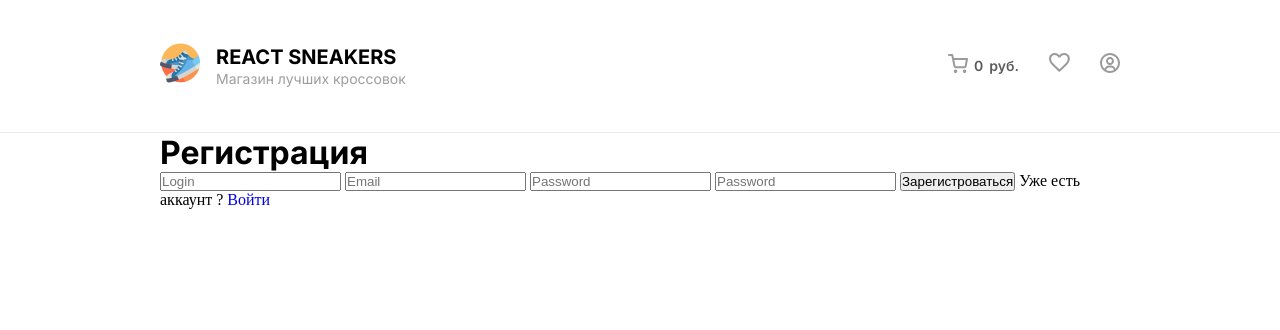
Repository: maxbirimkulov/sneakers20
Page: src/pages/register.html
The author's editor kept a copy of each file at every save. The page is drawn from the files as they stood at one save, then again after the next save.
The browser window is 1280 px wide. The pictures show the whole page.
The style sheet was rebuilt from its Sass, Less or Tailwind sources for each picture, by a compiler version that may differ from the author's.

Above is the page before, as saved 2022-11-12 20:45:43.

### src/pages/register.html
<!DOCTYPE html>
<html lang="en">
  <head>
    <meta charset="UTF-8" />
    <meta
      name="viewport"
      content="width=device-width, user-scalable=no, initial-scale=1.0, maximum-scale=1.0, minimum-scale=1.0"
    />
    <meta http-equiv="X-UA-Compatible" content="ie=edge" />
    <title>Document</title>
    <link rel="stylesheet" href="../css/style.css" />
  </head>
  <body>
    <div class="floor">
      <header class="header">
        <div class="container">
          <nav class="header__nav">
            <div class="header__logo">
              <img
                src="../images/mainLogo.png"
                alt="Logo"
                class="header__logo-img"
              />
              <div class="header__logo-text">
                <h1 class="header__logo-title">
                  <a href="../../index.html" class="header__logo-title-link"
                    >react sneakers</a
                  >
                </h1>
                <p class="header__logo-subtitle">
                  <a href="../../index.html" class="header__logo-subtitle"
                    >Магазин лучших кроссовок</a
                  >
                </p>
              </div>
            </div>
            <div class="header__links">
              <p class="header__links-basket">
                <span class="header__links-basket-logo"
                  ><svg
                    width="20"
                    height="20"
                    viewBox="0 0 20 20"
                    fill="none"
                    xmlns="http://www.w3.org/2000/svg"
                  >
                    <path
                      d="M7.54548 18.1818C7.99735 18.1818 8.36366 17.8155 8.36366 17.3636C8.36366 16.9118 7.99735 16.5455 7.54548 16.5455C7.09361 16.5455 6.72729 16.9118 6.72729 17.3636C6.72729 17.8155 7.09361 18.1818 7.54548 18.1818Z"
                      stroke="#9B9B9B"
                      stroke-width="2"
                      stroke-linecap="round"
                      stroke-linejoin="round"
                    />
                    <path
                      d="M16.5455 18.1818C16.9973 18.1818 17.3637 17.8155 17.3637 17.3636C17.3637 16.9118 16.9973 16.5455 16.5455 16.5455C16.0936 16.5455 15.7273 16.9118 15.7273 17.3636C15.7273 17.8155 16.0936 18.1818 16.5455 18.1818Z"
                      stroke="#9B9B9B"
                      stroke-width="2"
                      stroke-linecap="round"
                      stroke-linejoin="round"
                    />
                    <path
                      d="M1 1H4.27273L6.46545 11.9555C6.54027 12.3321 6.7452 12.6705 7.04436 12.9113C7.34351 13.1522 7.71784 13.2801 8.10182 13.2727H16.0545C16.4385 13.2801 16.8129 13.1522 17.112 12.9113C17.4112 12.6705 17.6161 12.3321 17.6909 11.9555L19 5.09091H5.09091"
                      stroke="#9B9B9B"
                      stroke-width="2"
                      stroke-linecap="round"
                      stroke-linejoin="round"
                    />
                  </svg>
                </span>
                <span class="total">0</span> руб.
              </p>
              <a href="./favorites.html" class="header__links-favorites"
                ><span class="header__links-favorites-logo"
                  ><svg
                    width="21"
                    height="19"
                    viewBox="0 0 21 19"
                    fill="none"
                    xmlns="http://www.w3.org/2000/svg"
                  >
                    <path
                      d="M15.1003 0C16.7293 0 18.0976 0.54932 19.2052 1.64796C20.3129 2.7466 20.8668 4.08759 20.8668 5.67092C20.8668 6.44643 20.7039 7.23002 20.3781 8.02169C20.0523 8.81335 19.6939 9.51616 19.303 10.1301C18.912 10.744 18.2523 11.5357 17.3238 12.5051C16.3953 13.4745 15.6134 14.2581 14.9781 14.8559C14.3428 15.4537 13.3248 16.3665 11.9239 17.5944L10.4089 18.9515L8.89403 17.6429C7.52572 16.3827 6.51577 15.4537 5.8642 14.8559C5.21262 14.2581 4.42258 13.4745 3.49408 12.5051C2.56559 11.5357 1.90586 10.744 1.51492 10.1301C1.12397 9.51616 0.773748 8.81335 0.464249 8.02169C0.15475 7.23002 0 6.44643 0 5.67092C0 4.08759 0.553841 2.7466 1.66152 1.64796C2.7692 0.54932 4.12123 0 5.71759 0C7.60717 0 9.17095 0.727041 10.4089 2.18112C11.6469 0.727041 13.2107 0 15.1003 0ZM10.5067 16.0918C12.1031 14.6701 13.2677 13.6118 14.0008 12.9171C14.7338 12.2224 15.5401 11.3903 16.4198 10.4209C17.2994 9.45153 17.9102 8.60332 18.2523 7.87628C18.5944 7.14924 18.7654 6.41412 18.7654 5.67092C18.7654 4.63691 18.4152 3.78061 17.7148 3.10204C17.0143 2.42347 16.1428 2.08418 15.1003 2.08418C14.3184 2.08418 13.5772 2.31037 12.8768 2.76276C12.1764 3.21514 11.6795 3.79677 11.3863 4.50765H9.43158C9.17095 3.79677 8.69041 3.21514 7.98997 2.76276C7.28952 2.31037 6.53206 2.08418 5.71759 2.08418C4.67507 2.08418 3.81173 2.42347 3.12757 3.10204C2.44342 3.78061 2.10134 4.63691 2.10134 5.67092C2.10134 6.41412 2.26423 7.14924 2.59002 7.87628C2.91581 8.60332 3.52666 9.45153 4.42258 10.4209C5.3185 11.3903 6.13297 12.2224 6.866 12.9171C7.59902 13.6118 8.74743 14.6701 10.3112 16.0918L10.4089 16.1888L10.5067 16.0918Z"
                      fill="#9B9B9B"
                    />
                  </svg> </span
              ></a>
              <a href="./register.html" class="header__links-user"
                ><span class="header__links-user-logo"
                  ><svg
                    width="20"
                    height="20"
                    viewBox="0 0 20 20"
                    fill="none"
                    xmlns="http://www.w3.org/2000/svg"
                  >
                    <path
                      fill-rule="evenodd"
                      clip-rule="evenodd"
                      d="M0 10C0 4.579 4.579 0 10 0C15.421 0 20 4.579 20 10C20 13.19 18.408 16.078 16 17.924V18H15.898C14.23 19.245 12.187 20 10 20C7.813 20 5.77 19.245 4.102 18H4V17.924C1.592 16.078 0 13.189 0 10ZM7.12347 15.236C6.59154 15.6639 6.22136 16.2604 6.074 16.927C7.242 17.604 8.584 18 10 18C11.416 18 12.758 17.604 13.926 16.927C13.7785 16.2605 13.4082 15.6641 12.8764 15.2362C12.3445 14.8083 11.6827 14.5744 11 14.573H9C8.3173 14.5742 7.6554 14.808 7.12347 15.236ZM13.7677 13.4117C14.5877 13.9574 15.2286 14.7329 15.61 15.641C17.077 14.182 18 12.176 18 10C18 5.663 14.337 2 10 2C5.663 2 2 5.663 2 10C2 12.176 2.923 14.182 4.39 15.641C4.77144 14.7329 5.41227 13.9574 6.23227 13.4117C7.05227 12.866 8.01501 12.5742 9 12.573H11C11.985 12.5742 12.9477 12.866 13.7677 13.4117ZM6 8C6 5.72 7.72 4 10 4C12.28 4 14 5.72 14 8C14 10.28 12.28 12 10 12C7.72 12 6 10.28 6 8ZM8 8C8 9.178 8.822 10 10 10C11.178 10 12 9.178 12 8C12 6.822 11.178 6 10 6C8.822 6 8 6.822 8 8Z"
                      fill="#9B9B9B"
                    />
                  </svg> </span
              ></a>
            </div>
          </nav>
        </div>
      </header>
      <div class="container">
        <form class="register">
          <h2 class="register__title">Регистрация</h2>
          <input class="register__input" type="text" placeholder="Login" />
          <input class="register__input" type="email" placeholder="Email" />
          <input
            class="register__input"
            type="password"
            placeholder="Password"
          />
          <input
            class="register__input"
            type="password"
            placeholder="Password"
          />
          <button type="submit" class="register__btn">Зарегистроваться</button>
          <span>Уже есть аккаунт ? <a href="./login.html">Войти</a></span>
        </form>
      </div>
    </div>
    <script type="module" src="../js/register.js"></script>
  </body>
</html>

### src/js/register.js
import {changeUser, getUserFromLocalStorage} from './user.js'

getUserFromLocalStorage()


let formRegister = document.querySelector('.register')
formRegister.addEventListener('submit', (e) =>{
    e.preventDefault()

    let userData = {
        login:e.target[0].value,
        email:e.target[1].value,
        password:e.target[2].value
    }

    fetch('http://localhost:8080/register', {
        method: "POST",
        headers: {
            'Content-Type':  'application/json'
        },
        body: JSON.stringify(userData)
    }).then((res) => res.json())
        .then((res) => {
            changeUser({
                ...res.user,
                token: res.accessToken
            })
        })
        .catch((err) => console.log(err))

})

### src/js/user.js



export let user = {
    login : "",
    email : ""
}

export const getUserFromLocalStorage = () => {
    if (localStorage.getItem('user') !== null){
        user = JSON.parse(localStorage.getItem('user'))
    }
}


export const changeUser = (data) => {
    user = {...data}
    localStorage.setItem('user', JSON.stringify(user))
    location.href = 'http://localhost:63342/new%20project/index.html'
}

### src/css/style.scss
@import url('https://fonts.googleapis.com/css2?family=DM+Sans:wght@700&family=Inter:wght@400;500;600;700&display=swap');

* {
  margin: 0;
  padding: 0;
  box-sizing: border-box;
  text-decoration: none;
  list-style-type: none;
  transition: 0.3s;
}
.container {
  max-width: 1050px;
  padding: 0 45px;
  margin: 0 auto;
}
$int: 'inter', sans-serif;

@mixin text($ff, $fs, $fw, $fz, $lh, $col) {
  font-family: $ff;
  font-style: $fs;
  font-weight: $fw;
  font-size: $fz;
  @if $lh > 0 {
    line-height: $lh;
  }
  color: $col;
}
body,
.floor {
  background-color: #fff;
}
@import '_header.scss';
@import '_main.scss';
@import '_assort.scss';
@import '_basketPopup.scss';
@import '_card.scss';
@import '_basket.scss';
@import '_favorites.scss';
@import '_basketNone.scss';
@import '_register';

### src/css/_header.scss
.header {
  padding: 43px 0 45px;
  &__nav {
    display: flex;
    justify-content: space-between;
    align-items: center;
  }
  &__logo {
    display: flex;
    &-img {
      width: 40px;
      height: 40px;
    }
    &-text {
      margin-left: 16px;
    }
    &-title {
      &-link {
        @include text($int, normal, 700px, 20px, 0, #000000);
        text-transform: uppercase;
      }
    }
    &-subtitle {
      @include text($int, normal, 400, 14px, 0, #9d9d9d);
    }
  }
  &__links {
    display: flex;
    &-basket {
      display: flex;
      gap: 6px;
      align-items: center;
      @include text($int, normal, 600, 14px, 0, #5c5c5c);
      margin-left: 10px;
      cursor: pointer;
    }
    &-favorites {
      margin: 0 30px;
    }
  }
  border-bottom: 1px solid #eaeaea;
}

### src/css/_main.scss
.swiper {
  width: 100%;
  height: 100%;
}

.swiper-slide {
  display: -webkit-box;
  display: -ms-flexbox;
  display: -webkit-flex;
  display: flex;
  -webkit-box-pack: center;
  -ms-flex-pack: center;
  -webkit-justify-content: center;
  justify-content: center;
  -webkit-box-align: center;
  -ms-flex-align: center;
  -webkit-align-items: center;
  align-items: center;
}

.swiper__icon{
  &-next{
    background-color: white;
    border-radius: 50%;
    cursor: pointer;
    position: absolute;
    right: 0;
    top: 50%;
    transform: translateY(-50%),;
    z-index: 2;
    padding: 8px 14px;
    display: flex;
    justify-content: center;
    align-items: center;
    transition: 0.2s;
    -webkit-box-shadow: 0px 0px 11px 5px rgba(0, 0, 0, 0.01);
    -moz-box-shadow: 0px 0px 11px 5px rgba(0, 0, 0, 0.01);
    box-shadow: 0px 0px 11px 5px rgba(0, 0, 0, 0.01);
    &:hover{
      transition: 0.2s;
      -webkit-box-shadow: 0px 0px 11px 5px rgba(0, 0, 0, 0.07);
      -moz-box-shadow: 0px 0px 11px 5px rgba(0, 0, 0, 0.07);
      box-shadow: 0px 0px 11px 5px rgba(0, 0, 0, 0.07);
    }
  }
  &-prev{
    background-color: white;
    border-radius: 50%;
    position: absolute;
    left: 0;
    top: 50%;
    cursor: pointer;
    transform:translateY(-50%) rotate(180deg);
    z-index: 2;
    padding: 8px 14px;
    display: flex;
    justify-content: center;
    align-items: center;
    transition: 0.2s;
    -webkit-box-shadow: 0px 0px 11px 5px rgba(0, 0, 0, 0.01);
    -moz-box-shadow: 0px 0px 11px 5px rgba(0, 0, 0, 0.01);
    box-shadow: 0px 0px 11px 5px rgba(0, 0, 0, 0.01);
    &:hover{
      transition: 0.2s;
      -webkit-box-shadow: 0px 0px 11px 5px rgba(0, 0, 0, 0.07);
      -moz-box-shadow: 0px 0px 11px 5px rgba(0, 0, 0, 0.07);
      box-shadow: 0px 0px 11px 5px rgba(0, 0, 0, 0.07);
    }
  }
}

.main{
  &__swipe{
    &-block{
      background-color: #F4EFE9;
      border-radius: 20px;
      max-height: 300px;
      display: flex;
      align-items: center;
      justify-content: space-between;
      width: 100%;
    }
    &-box{
      position: relative;
      padding: 16px 0 20px 51px;
      min-height: 300px;
      &-scn{
        margin: 0;
        padding: 0;
        max-width: 641.18px;
      }
      &-desc{
        @include text($int,normal,700,38px,46px,#8BB43C);
        margin: 32px 17.45px 10.45px 35px;
        &-black{
          color: black;
        }
      }
      &-btn{
        position: absolute;
        padding: 14px 60px;
        border-radius: 110px;
        @include text($int,normal,700px,16px, 0, white);
        text-transform: uppercase;
        background-color: #A5D364;
        bottom: 45px;
        left: 27%;
        transform: translate(-50%, -50);
        transition: 0.2s;
        &:hover{
          transition: 0.2s;
          transform: scale(1.1);
        }
      }
      &-img{
        width: 100%;
      }
    }
  }
}

### src/css/_assort.scss
.main__assort {
  &-topContent {
    display: flex;
    flex-wrap: wrap;
    justify-content: space-between;
    padding: 37px 0 36px;
    width: 100%;
  }
  &-filter {
    display: flex;
    justify-content: space-between;
    align-items: center;
    gap: 10px;
  }
  &-select {
    background: transparent;
    border: 1px solid #bdbdbd;
    border-radius: 8px;
    padding: 0 10px;
    height: 40px;
  }
  &-form {
    margin: 15px 0 0;
    display: flex;
    align-items: center;
    position: relative;
    &-input {
      border-radius: 10px;
      border: 1px solid #bdbdbd;
      outline: none;
      padding: 13px 40px 15px 46px;
      max-width: 250px;
      &::-webkit-input-placeholder {
        color: #c4c4c4;
      }
      &::-moz-placeholder {
        color: #c4c4c4;
      }
      &:-ms-input-placeholder {
        color: #c4c4c4;
      }
      &::-ms-input-placeholder {
        color: #c4c4c4;
      }
      &::placeholder {
        color: #c4c4c4;
      }
      &::-webkit-search-cancel-button {
        position: absolute;
        right: 18px;
        cursor: pointer;
        color: #5c5c5c;
      }
    }
    &-icon {
      position: absolute;
      left: 18px;
      top: 50%;
      transform: translateY(-50%);
    }
  }
  &-title {
    @include text($int, normal, 700, 32px, 0, black);
  }
  &-mainContent {
    min-height: 700px;
    position: relative;
    display: flex;
    justify-content: center;
    align-items: center;
    flex-wrap: wrap;
    gap: 40px;
    &-shoes {
      border: 1px solid #bdbdbd;
      border-radius: 40px;
      padding: 20px 29px 34px 30px;
      max-width: 210px;
    }
    &-favorites {
      display: inline-block;
      position: absolute;
      border: 1px solid #f8f8f8;
      border-radius: 7px;
      padding: 9.6px 9.07px 3.59px;
      cursor: pointer;
      &:hover {
        transform: scale(1.13);
        background-color: rgba(253, 239, 239, 0.87);
        transition: 0.2s;
      }
      &-active {
        display: none;
        position: absolute;
        background-color: #fef0f0;
        border: 1px solid transparent;
        border-radius: 7px;
        padding: 9.6px 9.07px 3.59px;
        cursor: pointer;
      }
    }
    &-product {
      &-desc {
        @include text($int, normal, 400, 14px, 17px, black);
      }
      &-pricesDesc {
        margin-top: 14px;
        display: flex;
        justify-content: space-between;
        align-items: center;
        &-price {
          @include text($int, normal, 500, 11px, 13px, #bdbdbd);
          text-transform: uppercase;
        }
        &-cost {
          @include text($int, normal, 700, 14px, 17px, black);
        }
        &-addBask {
          cursor: pointer;
          display: inline-block;
          padding: 5.33px 8.33px;
          border: 1px solid #f2f2f2;
          border-radius: 8px;
          transition: 0.2s;
          &:hover {
            transform: scale(1.13);
            background-color: rgba(253, 239, 239, 0.87);
            transition: 0.2s;
          }
          &-active {
            cursor: pointer;
            max-height: 32px;
            max-width: 32px;
            padding: 5.33px 8.33px;
            border: 1px solid white;
            border-radius: 8px;
            background: linear-gradient(180deg, #89f09c 0%, #3cc755 100%);
            transition: 0.2s;
            &:hover {
              transform: scale(1.13);
              transition: 0.2s;
            }
          }
        }
      }
    }
  }
}

### src/css/_basketPopup.scss
.basket {
  transform: translateX(100%);
  background: rgba(0, 00, 000, 0.4);
  height: 100vh;
  width: 100vw;
  z-index: 100;
  position: fixed;
  left: 0;
  top: 0;
  bottom: 0;
  &__cards {
    margin-top: 20px;
    max-height: 400px;
    overflow-y:  scroll;
    display: flex;
    gap: 20px;
    flex-wrap: wrap;
  }

  &__card {
    position: relative;  width: 100%;  height: 120px;  padding: 0 30px;    background: #FFFFFF;  border: 1px solid #F3F3F3;  border-radius: 20px;  &:hover {
    box-shadow: 0px 14px 30px 0px rgba(0, 0, 0, 0.05);  }
    &-img {
      position: absolute;    left: 20px;    top: 50%;    transform: translateY(-50%);    max-width: 80px;  }
    &__name {
      position: absolute;    width: 133px;    height: 36px;    overflow: hidden;    left: 120px;    top: 30px;    font-family: 'Inter', sans-serif;    font-style: normal;    font-weight: 400;    font-size: 14px;    line-height: 17px;    color: #000000;  }
    &__sum {
      position: absolute;    left: 120px;    bottom: 30px;    font-family: 'Inter', sans-serif;    font-style: normal;    font-weight: 700;    font-size: 14px;color: #000000;  }
    &__X {
      position: absolute;    right: 20px;    top: 50%;    transform: translateY(-50%);    max-width: 70px;    cursor: pointer;  }
  }
  &.show {
    transform: translateX(0%);
  }
  &__content {
    display: flex;
    flex-direction: column;
    justify-content: space-between;
    background: #fff;
    position: fixed;
    padding: 30px;
    height: 100vh;
    width: 385px;
    top: 0;
    right: 0;
  }
  &__title {
    @include text($int, normal, 700, 24px, 29px, #000000);
  }
  &__text {
    display: flex;
    justify-content: space-between;
    margin-bottom: 19px;
    &:last-of-type {
      margin-bottom: 24px;
    }
    &-desc {
      @include text($int, normal, 400, 16px, 19px, #000000);
    }
    &-sum {
      @include text($int, normal, 600, 16px, 19px, #000000);
    }
  }
  &__btn {
    @include text($int, normal, 600, 16px, 19px, #fff);
    padding: 12px 0;
    background: #9dd558;
    border-radius: 18px;
    border: 1px solid #9dd558;
    width: 100%;
  }
}

.name {
  font-size: 30px;
  color: red;
  text-align: center;
}

### src/css/_card.scss
.info {
  background: antiquewhite;
  padding: 40px 0;
  &__block {
    display: flex;
    flex-wrap: wrap;
    -moz-column-gap: 40px;
         column-gap: 40px;
    row-gap: 40px;
  }
  &__card {
    width: calc(25% - 30px);
    background: #ffffff;
    border: 1px solid #f3f3f3;
    border-radius: 40px;
    padding: 20px 40px;
    cursor: pointer;
    transition: 0.2s;
    &:hover {
      background: #ffffff;
      border: 1px solid #f8f8f8;
      box-shadow: 0 14px 30px rgba(0, 0, 0, 0.05);
      border-radius: 40px;
      transition: 0.2s;
      transform: scale(1.05);
    }
  }
  &__desc {
    @include text($int, normal, 400, 14px, 17px, #000);
    margin: 14px 0;
  }
  &__bottom {
    display: flex;
    justify-content: space-between;
  }
  &__sel {
    @include text($int, normal, 500, 11px, 13px, #bdbdbd);
    text-transform: uppercase;
  }
  &__sum {
    @include text($int, normal, 700, 14px, 17px, #000);
  }
}

### src/css/_basket.scss
.basket__main{
  &-topContent{
    padding: 42px 0 40px;
    &-nav{
      display: flex;
      align-items: center;
      gap: 21px;
    }
    &-title{
      @include text($int, normal, 700, 32px, 0, black)
    }
    &-link{
      padding: 8px 14px;
      max-width: 35px;
      max-height: 35px;
      display: flex;
      justify-content: center;
      align-items: center;
      border: 1px solid #F2F2F2;
      border-radius: 8px;
    }
  }
  &-mainContent{
    &-assort{
      display: flex;
      flex-wrap: wrap;
      gap: 40px;
    }
  }
}

### src/css/_favorites.scss
.main__assort-mainContent-favorites{
  &-off{
    display: none;
  }
  &-on{
    display: inline-block;
  }
}

### src/css/_basketNone.scss
.basketNone__main {
  display: flex;
  justify-content: center;
  align-items: center;
  padding: 240px 0;
  &-none {
    display: flex;
    flex-wrap: wrap;
    justify-content: center;
    align-items: center;
    max-width: 280px;
    &-text{
      text-align: center;
    }
    &-title {
      margin-top: 24px;
      text-align: center;
      @include text($int, normal, 600, 24px, 0, black);
    }

    &-desc {
      text-align: center;
      margin: 11px 0 41px;
      @include text($int, normal, 400, 16px, 24px, black);
    }

    &-link {
      padding: 17px 40px 19px;
      background-color: #9DD458;
      border-radius: 18px;
      @include text($int, normal, 400, 16px, 0, white);

      &-icon {
        margin-right: 17px;

      }
    }
  }
}

### src/css/_register.scss
.register {
  &__title {
    @include text($int, normal, 700, 32px, 0, black);
  }
}

After the next save:
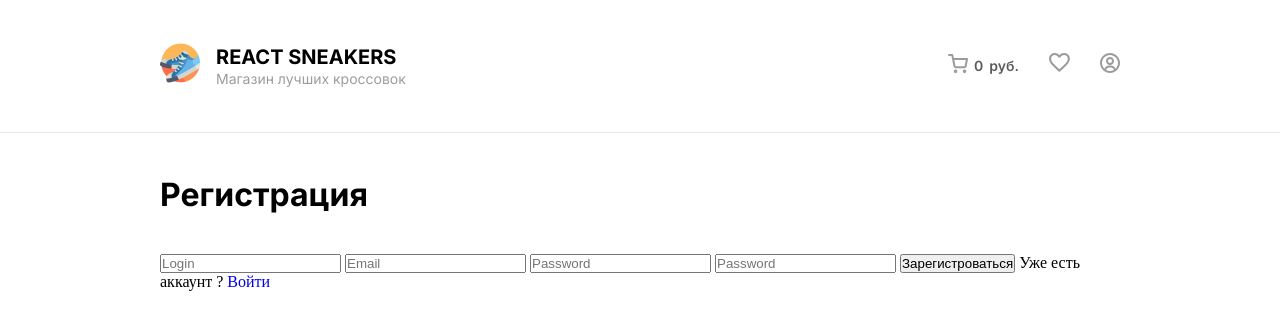
Saved 29 s later.
--- a/src/css/_register.scss
+++ b/src/css/_register.scss
@@ -1,5 +1,6 @@
 .register {
   &__title {
     @include text($int, normal, 700, 32px, 0, black);
+    margin: 42px auto 40px;
   }
 }
